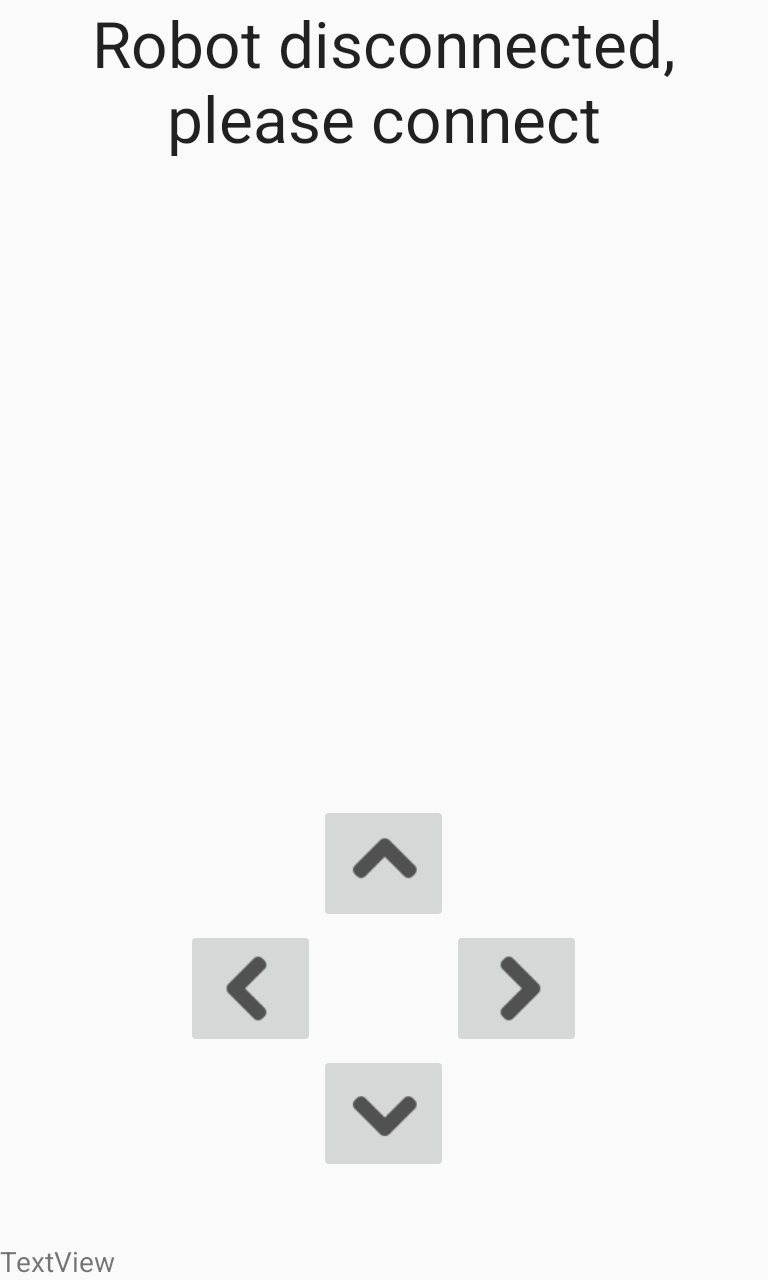
Repository: cjsatuforc/Bobina
Layout: source/android/Bobina/res/layout/main_layout.xml
The author's editor kept a copy of each file at every save. The layout is drawn from the files as they stood at one save, then again after the next save.
It is drawn on a 768 x 1280 px phone screen (xhdpi) without system bars, with theme AppTheme; the app's code is not run.

Above is the layout before, as saved 2015-04-26 00:03:01.

After the next save:
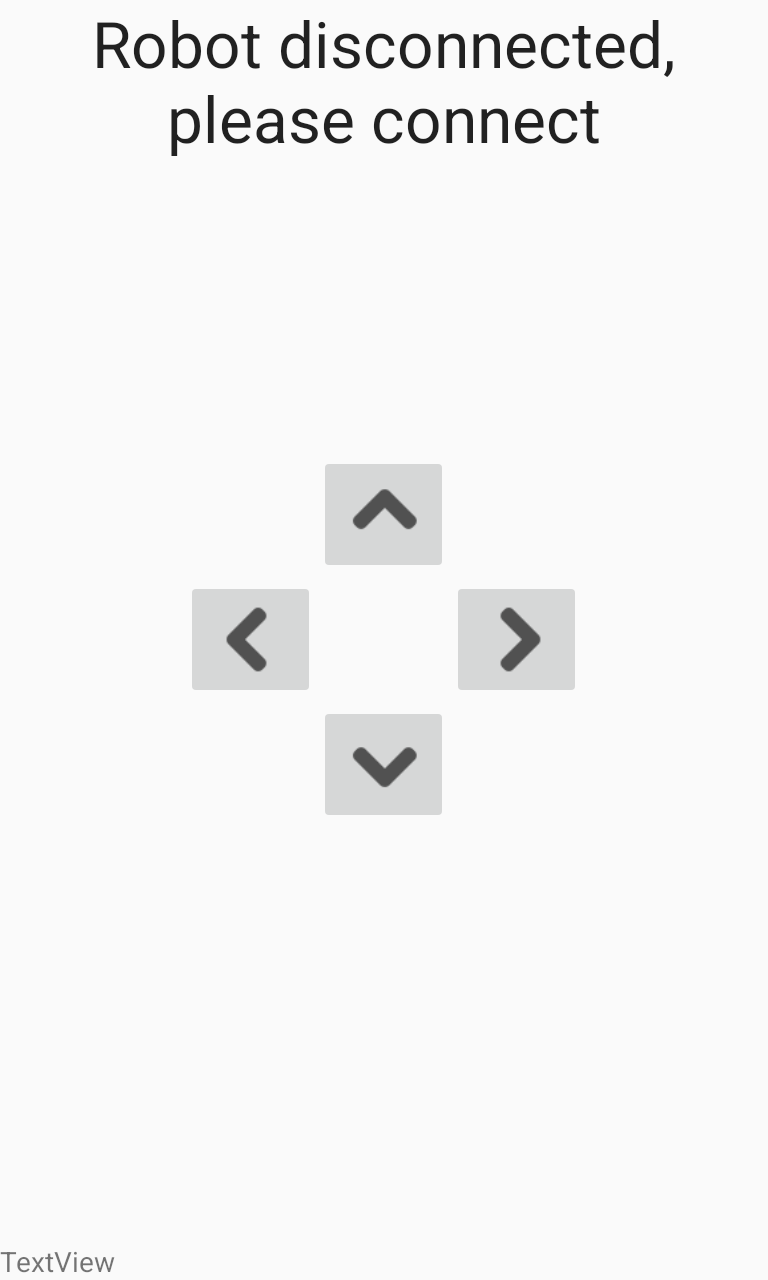
Saved 6 s later.
--- a/source/android/Bobina/res/layout/main_layout.xml
+++ b/source/android/Bobina/res/layout/main_layout.xml
@@ -10,15 +10,6 @@
         android:layout_height="wrap_content"
         android:text="@string/main_title_disconnected" />
 
-    <include
-        android:id="@+id/include1"
-        android:layout_width="wrap_content"
-        android:layout_height="wrap_content"
-        android:layout_alignParentBottom="true"
-        android:layout_centerHorizontal="true"
-        android:layout_marginBottom="52dp"
-        layout="@layout/control" />
-
     <TextView
         android:id="@+id/textView1"
         android:layout_width="wrap_content"
@@ -28,4 +19,12 @@
         android:layout_alignParentRight="true"
         android:text="TextView" />
 
+    <include
+        android:id="@+id/include1"
+        android:layout_width="wrap_content"
+        android:layout_height="wrap_content"
+        android:layout_centerHorizontal="true"
+        android:layout_centerVertical="true"
+        layout="@layout/control" />
+
 </RelativeLayout>
